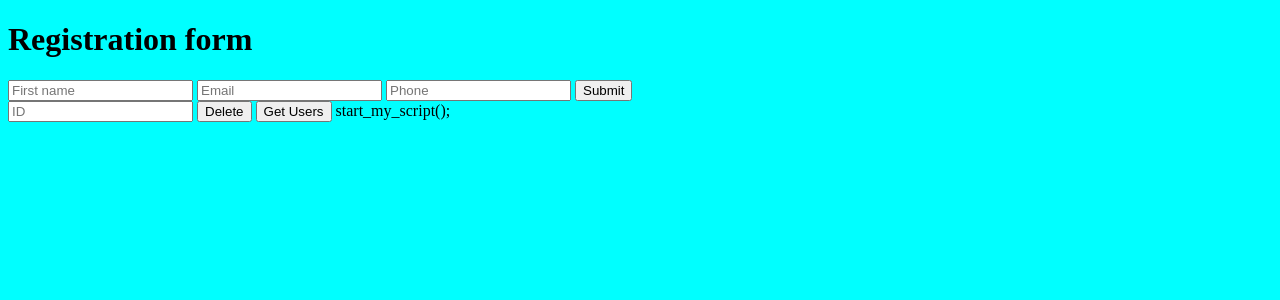
Repository: mediumrtp/CRUD
Page: index.html
The author's editor kept a copy of each file at every save. The page is drawn from the files as they stood at one save, then again after the next save.
The browser window is 1280 px wide. The pictures show the whole page.

Above is the page before, as saved 2022-11-18 14:22:15.

### index.html
<!DOCTYPE html>
<html>

<head>
    <link rel="stylesheet" type="text/css" href="css/style.css">
</head>

<body>
    <h1 class="heading">Registration form</h1>
    <form class="form" action="/add_user" method="POST">
        <input type="text" name="empName" placeholder="First name" required>
        <input type="email" name="empEmail" placeholder="Email" required>
        <input type="text" name="empMobile" placeholder="Phone" required>
        <input type="submit" value="Submit">
    </form>
    <form class="delete" action="/delete" method="POST">
        <input type="text" name="id" placeholder="ID" required>
        <input type="submit" value="Delete">
        <input type="button" id="btnGetUsers" value="Get Users" /> start_my_script();
        <script>
            function httpGet() {
                var xmlHttp = new XMLHttpRequest();
                xmlHttp.open("GET", "http://localhost:8000/view", false); // false for synchronous request
                xmlHttp.send(null);
                console.log(xmlHttp.responseText);
                return xmlHttp.responseText;
            }
            const myBtn = document.getElementById('btnGetUsers');
            myBtn.addEventListener('click', (event) => {
                console.log('clicked');
                httpGet();
            });
        </script>
    </form>


</body>

</html>

### style.css
body {
    background-color: aqua;
}

.h1 {
    color: red
}

After the next save:
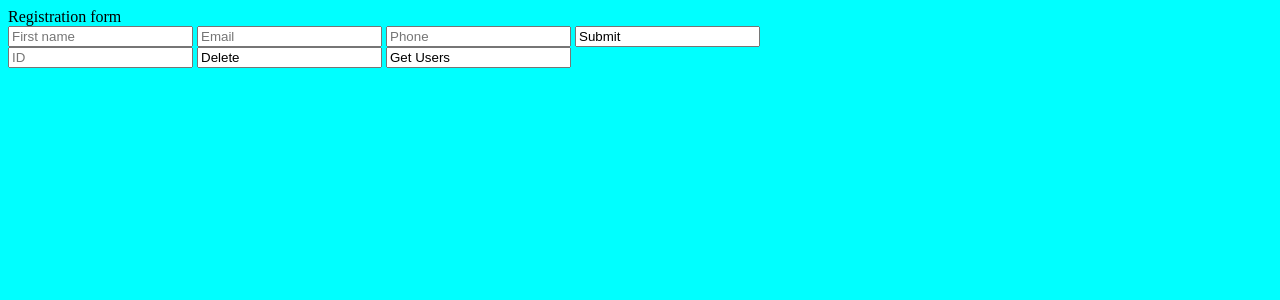
Console error: TypeError: Cannot read properties of null (reading 'addEventListener')
Saved 51 s later.
--- a/index.html
+++ b/index.html
@@ -5,22 +5,22 @@
     <link rel="stylesheet" type="text/css" href="css/style.css">
 </head>
 
-<body>
-    <h1 class="heading">Registration form</h1>
-    <form class="form" action="/add_user" method="POST">
-        <input type="text" name="empName" placeholder="First name" required>
-        <input type="email" name="empEmail" placeholder="Email" required>
-        <input type="text" name="empMobile" placeholder="Phone" required>
-        <input type="submit" value="Submit">
+<body onLoad="start_my_script ()>
+    <h1 class=" heading ">Registration form</h1>
+    <form class="form " action="/add_user " method="POST ">
+        <input type="text " name="empName " placeholder="First name " required>
+        <input type="email " name="empEmail " placeholder="Email " required>
+        <input type="text " name="empMobile " placeholder="Phone " required>
+        <input type="submit " value="Submit ">
     </form>
-    <form class="delete" action="/delete" method="POST">
-        <input type="text" name="id" placeholder="ID" required>
-        <input type="submit" value="Delete">
-        <input type="button" id="btnGetUsers" value="Get Users" /> start_my_script();
+    <form class="delete " action="/delete " method="POST ">
+        <input type="text " name="id " placeholder="ID " required>
+        <input type="submit " value="Delete ">
+        <input type="button " id="btnGetUsers " value="Get Users " />
         <script>
             function httpGet() {
                 var xmlHttp = new XMLHttpRequest();
-                xmlHttp.open("GET", "http://localhost:8000/view", false); // false for synchronous request
+                xmlHttp.open("GET ", "http://localhost:8000/view ", false); // false for synchronous request
                 xmlHttp.send(null);
                 console.log(xmlHttp.responseText);
                 return xmlHttp.responseText;
